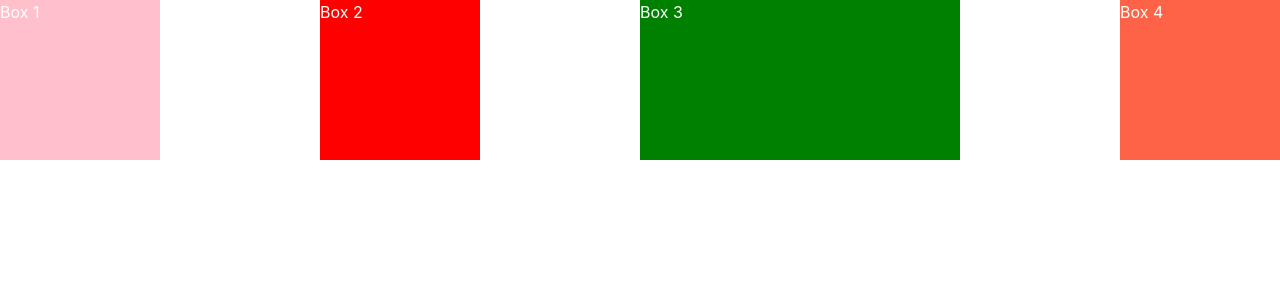
Repository: noutijo/learn-in-depth-chakra-ui
Page: /
An editor plug-in stored every save of this project. The page is shown before and after the next save, followed by the edit.
The browser window is 1280 px wide. The pictures show the whole page.
The project was rebuilt for these pictures with package versions that can differ from the ones it lists, and the page was loaded fresh each time. Also part of the build but not shown: vite.config.ts.

Above is the page before, as saved 2023-01-30 13:23:35.

### src/main.tsx
import React from 'react'
import ReactDOM from 'react-dom/client'
import App from './App'
import { ChakraProvider } from "@chakra-ui/react"

ReactDOM.createRoot(document.getElementById('root') as HTMLElement).render(
  <ChakraProvider>
  <React.StrictMode>
    <App />
  </React.StrictMode>
  </ChakraProvider>,
)

### src/App.tsx
//import './App.css'
import { Box, Flex } from "@chakra-ui/react";

function App() {
  return (
    <div className="App">
      <Flex justify="space-between" align="center">
        <Box bg="pink" w="10rem" h="10rem" color="white">
          Box 1
        </Box>
        <Box bg="red" w="10rem" h="10rem" color="white">
          Box 2
        </Box>
        <Box bg="green" w="20rem" h="10rem" color="white">
          Box 3
        </Box>
        <Box bg="tomato" w="10rem" h="10rem" color="white">
          Box 4
        </Box>
      </Flex>
    </div>
  );
}

export default App;

Loaded but not shown: index.html (common file)

After the next save:
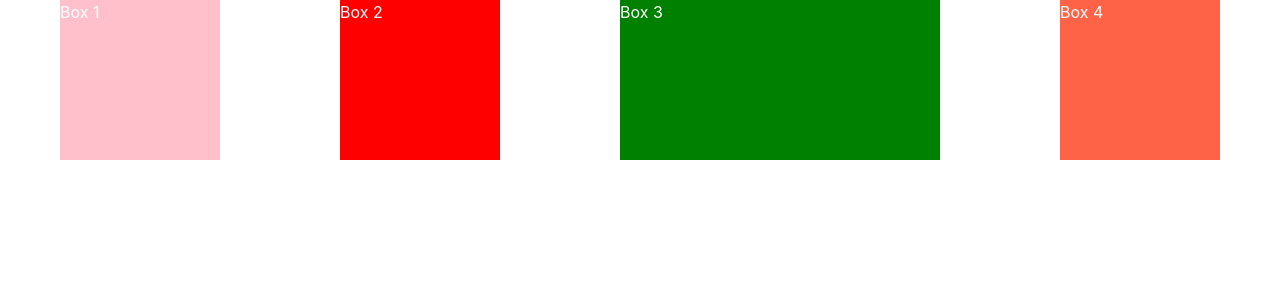
Saved 23 s later.
--- a/src/App.tsx
+++ b/src/App.tsx
@@ -4,7 +4,7 @@ import { Box, Flex } from "@chakra-ui/react";
 function App() {
   return (
     <div className="App">
-      <Flex justify="space-between" align="center">
+      <Flex justify="space-around" align="center">
         <Box bg="pink" w="10rem" h="10rem" color="white">
           Box 1
         </Box>
